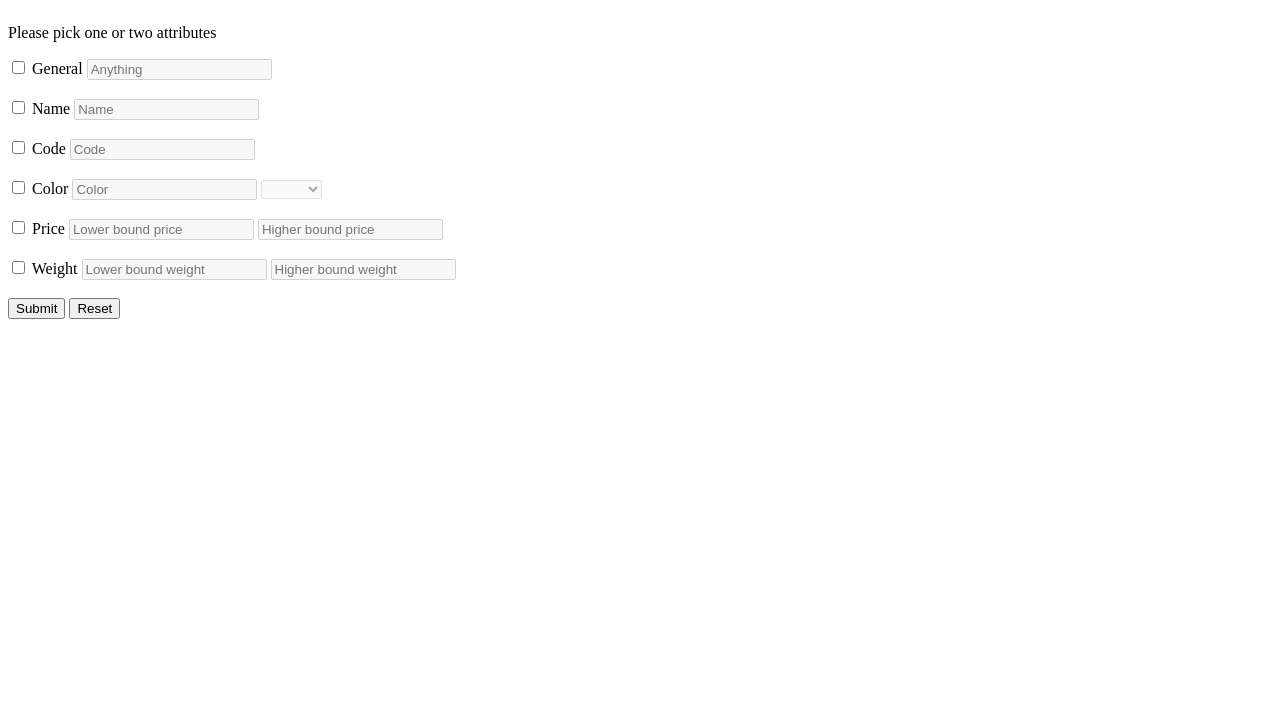
Repository: ISIT207-4-A/A1_C3_1
Page: home.html
These files come from the project's save history. The page is drawn as it stood at one moment and after the next save; the edit follows.
The browser window is 1280 px wide. The pictures show the whole page.
After loading, the first visible `button[onclick="reset()"]` was clicked once.

Above is the page before, as saved 2020-09-02 21:56:25.
Console error: ReferenceError: Invalid left-hand side in assignment

### home.html
<!DOCTYPE html>
<html lang="en">
<head>
    <meta charset="UTF-8">
    <meta name="viewport" content="width=device-width, initial-scale=1.0">
    <title>Document</title>
    <script src="script.js" type="text/javascript"></script>

    <style>
        #wrapper {
            width: 100%;
            height: 100%;
            display: flex;
            flex-direction: row;
        }

        .half {
            width: 50%;
        }

        li{
            margin-bottom: 10px;
        }

        /*button {
            height: 25px;
            width: 50px;
        }*/
    </style>


</head>
<body>
    <div id="wrapper">
        <div class="half">
            <p>Please pick one or two attributes</p>

            <span><label><input type="checkbox" name="general" onchange="checkLimit(this)" value="general"> General</label></span>
            <input type="text" id="general" class="general" placeholder="Anything" onKeyUp="generalSearch(this)" disabled><br /><br />

            <span><label><input type="checkbox" name="attribute" onchange="checkLimit(this)" value="name"> Name</label></span>
            <input type="text" id="name" class="name" placeholder="Name" disabled><br /><br />

            <span><label><input type="checkbox" name="attribute" onchange="checkLimit(this)" value="code"> Code</label></span>
            <input type="text" id="code" class="code" placeholder="Code" disabled><br /><br />

            <span><label><input type="checkbox" name="attribute" onchange="checkLimit(this)" value="color"> Color</label></span>
            <input type="text" id="color" class="color" placeholder="Color" disabled>
            <select name="color" id="color-select" class="color" onchange="disableCheck(this)" disabled>
                <option value="None">---</option>
                <option value="YELLOW">Yellow</option>
                <option value="GREEN">Green</option>
                <option value="PURPLE">Purple</option>
                <option value="OLIVE">Olive</option>
                <option value="BLUE">Blue</option>
                <option value="LIME">Lime</option>
            </select>
            <br /><br />

            <span><label><input type="checkbox" name="attribute" onchange="checkLimit(this)" value="price"> Price</label></span>
            <input type="text" id="price" class="price" placeholder="Lower bound price" pattern="^[0-9]+$" disabled>
            <input type="text" id="price" class="price" placeholder="Higher bound price" pattern="^[0-9]+$" disabled><br /><br />

            <span><label><input type="checkbox" name="attribute" onchange="checkLimit(this)" value="weight"> Weight</label></span>
            <input type="text" id="weight" class="weight" placeholder="Lower bound weight" pattern="^[0-9]+$" disabled>
            <input type="text" id="weight" class="weight" placeholder="Higher bound weight" pattern="^[0-9]+$" disabled><br /><br />

            <button onClick="search()">Submit</button>
            <button onClick="reset()">Reset</button>
        </div>

        <div class="half" id="result">
            <!--ul id="result">
            </ul-->
        </div>
    </div>
</body>
</html>

### script.js
var item0= {name :'lamp', code :'lhq64', color :'YELLOW', price :48077, weight :24};
var item1= {name :'cup', code :'kut74', color :'GREEN', price :32145, weight :28};
var item2= {name :'desk', code :'hco61', color :'PURPLE', price :3752, weight :60};
var item3= {name :'tool', code :'mea49', color :'OLIVE', price :35768, weight :14};
var item4= {name :'lamp', code :'mpd90', color :'YELLOW', price :49978, weight :11};
var item5= {name :'ice', code :'lfy39', color :'LIME', price :18136, weight :44};
var item6= {name :'chair', code :'nxd09', color :'SILVER', price :44446, weight :47};
var item7= {name :'carpet', code :'yaa54', color :'WHITE', price :45630, weight :34};
var item8= {name :'phone', code :'kqj41', color :'BLUE', price :10436, weight :15};
var item9= {name :'cup', code :'ixy28', color :'LIME', price :35170, weight :25};
var item10= {name :'phone', code :'ciq65', color :'MAROON', price :3510, weight :19};
var item11= {name :'bed', code :'zoq82', color :'RED', price :44526, weight :40};
var item12= {name :'pillow', code :'mdj92', color :'BLACK', price :49202, weight :11};
var item13= {name :'mouse', code :'smj65', color :'BLUE', price :33802, weight :11};
var item14= {name :'wardrobe', code :'bvx610', color :'RED', price :5241, weight :13};
var item15= {name :'dress', code :'thf33', color :'GRAY', price :15376, weight :56};
var item16= {name :'car', code :'lln70', color :'BLUE', price :6616, weight :15};
var item17= {name :'mouse', code :'jrk109', color :'LIME', price :11310, weight :53};
var item18= {name :'ice', code :'jzj37', color :'OLIVE', price :14868, weight :59};
var item19= {name :'carpet', code :'znv71', color :'GREEN', price :2813, weight :36};
var item20= {name :'cup', code :'rri102', color :'YELLOW', price :13389, weight :24};
var item21= {name :'wardrobe', code :'fht90', color :'BLUE', price :5402, weight :38};
var item22= {name :'bed', code :'jzx72', color :'OLIVE', price :26877, weight :27};
var item23= {name :'car', code :'qob33', color :'WHITE', price :6258, weight :31};
var item24= {name :'dress', code :'vsa105', color :'GRAY', price :2608, weight :44};
var item25= {name :'cup', code :'lpd56', color :'MAROON', price :43559, weight :52};
var item26= {name :'tool', code :'rfz47', color :'OLIVE', price :19271, weight :25};
var item27= {name :'ice', code :'ipa78', color :'SILVER', price :26724, weight :42};
var item28= {name :'carpet', code :'gol07', color :'SILVER', price :30028, weight :39};
var item29= {name :'wardrobe', code :'ski310', color :'GREEN', price :37650, weight :45};
var item30= {name :'dress', code :'ftc31', color :'SILVER', price :44291, weight :42};
var item31= {name :'carpet', code :'mae102', color :'SILVER', price :50007, weight :20};
var item32= {name :'keyboard', code :'kzh21', color :'GRAY', price :37617, weight :23};
var item33= {name :'mouse', code :'ghc98', color :'YELLOW', price :12366, weight :45};
var item34= {name :'dress', code :'ear16', color :'BLUE', price :45912, weight :29};
var item35= {name :'chair', code :'qmf82', color :'SILVER', price :21731, weight :31};
var item36= {name :'keyboard', code :'ihd55', color :'SILVER', price :22626, weight :44};
var item37= {name :'keyboard', code :'lpc04', color :'BLUE', price :15289, weight :17};
var item38= {name :'dress', code :'vme46', color :'BLACK', price :46591, weight :52};
var item39= {name :'monitor', code :'nhg510', color :'RED', price :10154, weight :60};



var itemList = [item0,item1,item2,item3,item4,item5,item6,item7,item8,item9,
    item10,item11,item12,item13,item14,item15,item16,item17,item18,item19,
    item20,item21,item22,item23,item24,item25,item26,item27,item28,item29,
    item30,item31,item32,item33,item34,item35,item36,item37,item38,item39,
];





/* ------------------------------------------------------------------------------ */

window.onload = function() {
	itemList.forEach(function (item) {
		item.fullInfo = item.name + " " + item.code + " " + item.color + " " + item.price + " " + item.weight;
	});

	/*var ul = document.getElementById("result");
	for (item of itemList) {
		let li = document.createElement("li");
		let itemValue = item.fullInfo;
		li.appendChild(document.createTextNode(itemValue));
		ul.appendChild(li);
	}*/

	var temp = document.getElementById("result");
	temp.innerHTML = showTable(itemList);
}

function showTable(list)
	{
		var t="<table><tr><th>Name</th><th>Code</th><th>Color</th><th>Price</th><th>Weight</th></tr>";
		for (var i=0; i<list.length; i++){
			var tr="<tr>";
			tr+= "<td>" + list[i].name + "</td>";
			tr+= "<td>" + list[i].code + "</td>";
			tr+= "<td>" + list[i].color + "</td>";
			tr+= "<td>" + list[i].price + "</td>";
			tr+= "<td>" + list[i].weight + "</td>";
			t+=tr;
		}
		t+="</table>";
		return t;
	}

//Limit checkbox to two
var countCheck = 0;
var limitAll = false;

function checkLimit(checkboxStatus) {
	//if general checkbox is checked, cannot check anything else
	if (limitAll && checkboxStatus.name != "general") {
		checkboxStatus.checked = false;
		return;
	}

	if (checkboxStatus.name == "general") {
		if (checkboxStatus.checked) {
			limitAll = true;
			document.getElementById("general").disabled = false;
		} else {
			limitAll = false;
			document.getElementById("general").disabled = true;
		}
	}

	if (!checkboxStatus.checked) {
		countCheck--;
		let checkboxValue = checkboxStatus.value;
		for (element of document.getElementsByClassName(checkboxValue))
			element.disabled = true;
		return;
	}

	if (countCheck >= 2) {
		checkboxStatus.checked = false;
		return;
	}

	countCheck++;

	let checkboxValue = checkboxStatus.value;
	for (element of document.getElementsByClassName(checkboxValue))
		element.disabled = false;
}

//reset button
function reset() {
	resetList();
	countCheck = 0;
	limitAll = false;

	for (element of document.getElementsByName("attribute")) {
		element.checked = false;
		let checkboxValue = element.value;
		for (ele of document.getElementsByClassName(checkboxValue)) {
			ele.disabled = true;
			ele.value = "";
		}
	}

	//reset general search fields
	document.getElementsByName("general").forEach(function(element) {
		element.checked = false;
	});
	document.getElementById("general").disabled = true;


	document.getElementById("result") = showTable(itemList);

}

function resetList() {
	document.getElementById("result").innerHTML = "";
}

function search() {
	resetList();
	var temp = document.getElementsByName("attribute");
	var result = itemList;
	var checkboxChecked = false;

	for (element of temp) {
		if (element.checked) {
			if (element.value == "name" || element.value == "code" || element.value == "color")
			{
				if (document.getElementById(element.value).disabled == false) {
					let textValue = document.getElementById(element.value).value;
					var temp = textValue.split("*");

					if (temp.length == 1) {
						result = filterByText(result, element.value, textValue);
					} else if (temp.length == 3) {
						//string includes text
						result = filterByText(result, element.value, temp[1]);
					} else {
						if (temp[0] == "")
							//if *app => end with
							result = advancedFilterByText(result, element.value, temp[1], "end");
						else
							//if app* => end with
							result = advancedFilterByText(result, element.value, temp[0], "start");
					}
				} else { //else = color select chosen
					let selectValue = document.getElementById("color-select").value;
					result = filterByText(result, element.value, selectValue);
				}


			} else {
				let inputValues = document.getElementsByClassName(element.value);
				let lowerVal = parseInt(inputValues[0].value);
				var upperVal = parseInt(inputValues[1].value);

				result = filterByRange(result, element.value, lowerVal, upperVal);

			}



			checkboxChecked = true;
		}
	}

	 document.getElementById("result").innerHTML = showTable(result);


	if (!checkboxChecked)
		reset();
}

function generalSearch(val) {
	let result = itemList.filter(element => element.fullInfo.toLowerCase().includes(val.value.toLowerCase()));
	resetList();  //make table empty

	//display result
	document.getElementById("result").innerHTML = showTable(result);

}

function filterByText(original, type, val) {
	let result;
	switch (type) {
		case "name":
			result = original.filter(element => element.name.toLowerCase().includes(val.toLowerCase()));
			break;
		case "code":
			result = original.filter(element => element.code.toLowerCase().includes(val.toLowerCase()));
			break;
		case "color":
			result = original.filter(element => element.color.toLowerCase().includes(val.toLowerCase()));
			break;
		default:
			break;
	}
	return result;
}

function advancedFilterByText(original, type, val, direction) {
	var result;
	if (direction == "start") {
		switch (type) {
			case "name":
				result = original.filter(element => element.name.toLowerCase().startsWith(val.toLowerCase()));
				break;
			case "code":
				result = original.filter(element => element.code.toLowerCase().startsWith(val.toLowerCase()));
				break;
			case "color":
				result = original.filter(element => element.color.toLowerCase().startsWith(val.toLowerCase()));
				break;
			default:
				break;
		}
	}
	else if (direction == "end") {
		switch (type) {
			case "name":
				result = original.filter(element => element.name.toLowerCase().endsWith(val.toLowerCase()));
				break;
			case "code":
				result = original.filter(element => element.code.toLowerCase().endsWith(val.toLowerCase()));
				break;
			case "color":
				result = original.filter(element => element.color.toLowerCase().endsWith(val.toLowerCase()));
				break;
			default:
				break;
		}
	}
	return result;
}

function filterByRange(original, type, lower, upper) {
	var result;

	switch (type) {
		case "price":
			result = original.filter(element => (element.price >= lower && element.price <= upper));
			break;
		case "weight":
			result = original.filter(element => (element.weight >= lower && element.weight <= upper));
			break;
		default:
			break;
	}

	return result;
}

function disableCheck(selectStatus) {
	if (selectStatus.value != "None") {
		document.getElementById("color").disabled = true;

	} else {
		document.getElementById("color").disabled = false;
	}
}

After the next save:
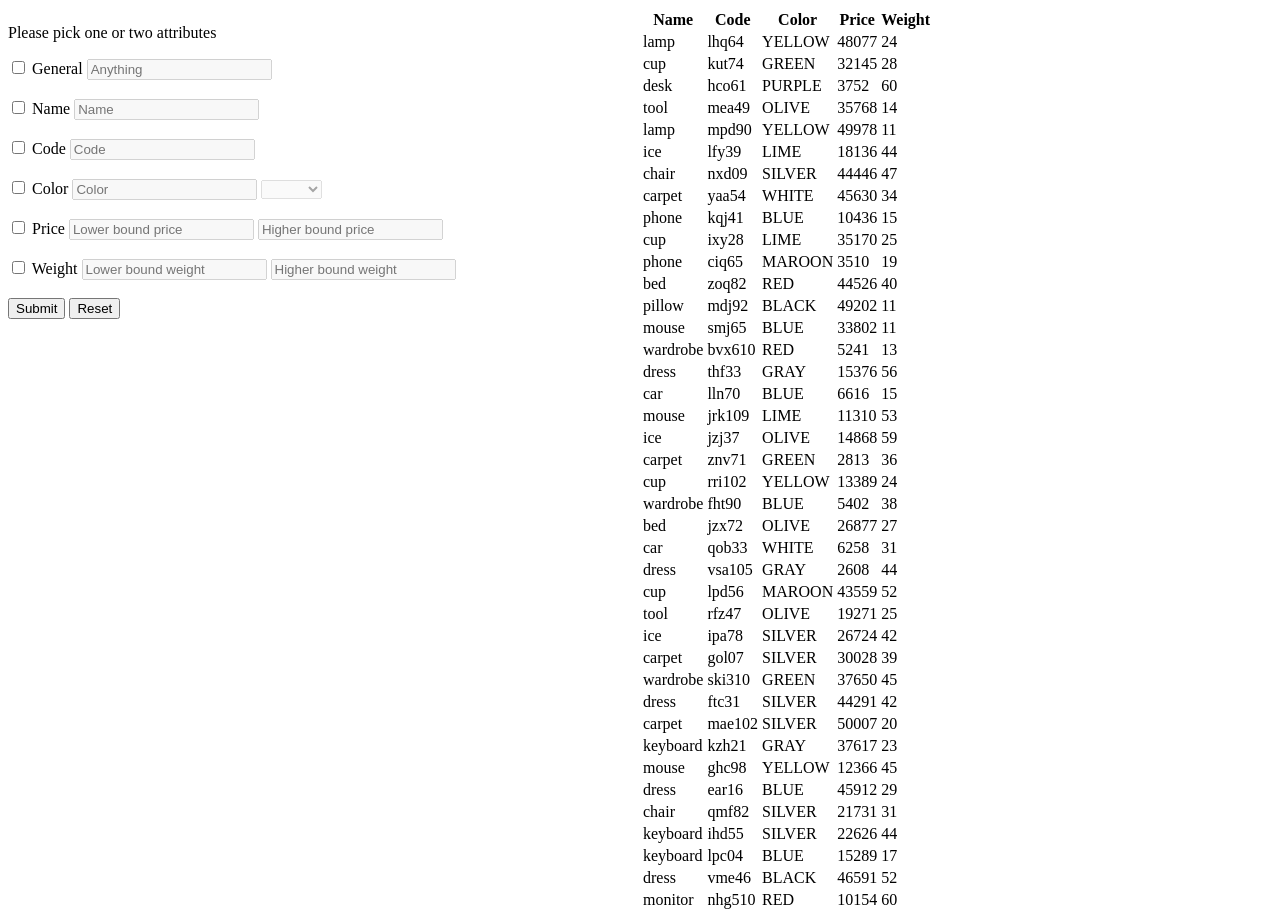
The error is gone.
Saved 7 s later.
--- a/script.js
+++ b/script.js
@@ -149,7 +149,7 @@ function reset() {
 	document.getElementById("general").disabled = true;
 
 
-	document.getElementById("result") = showTable(itemList);
+	document.getElementById("result").innerHTML = showTable(itemList);
 
 }
 
